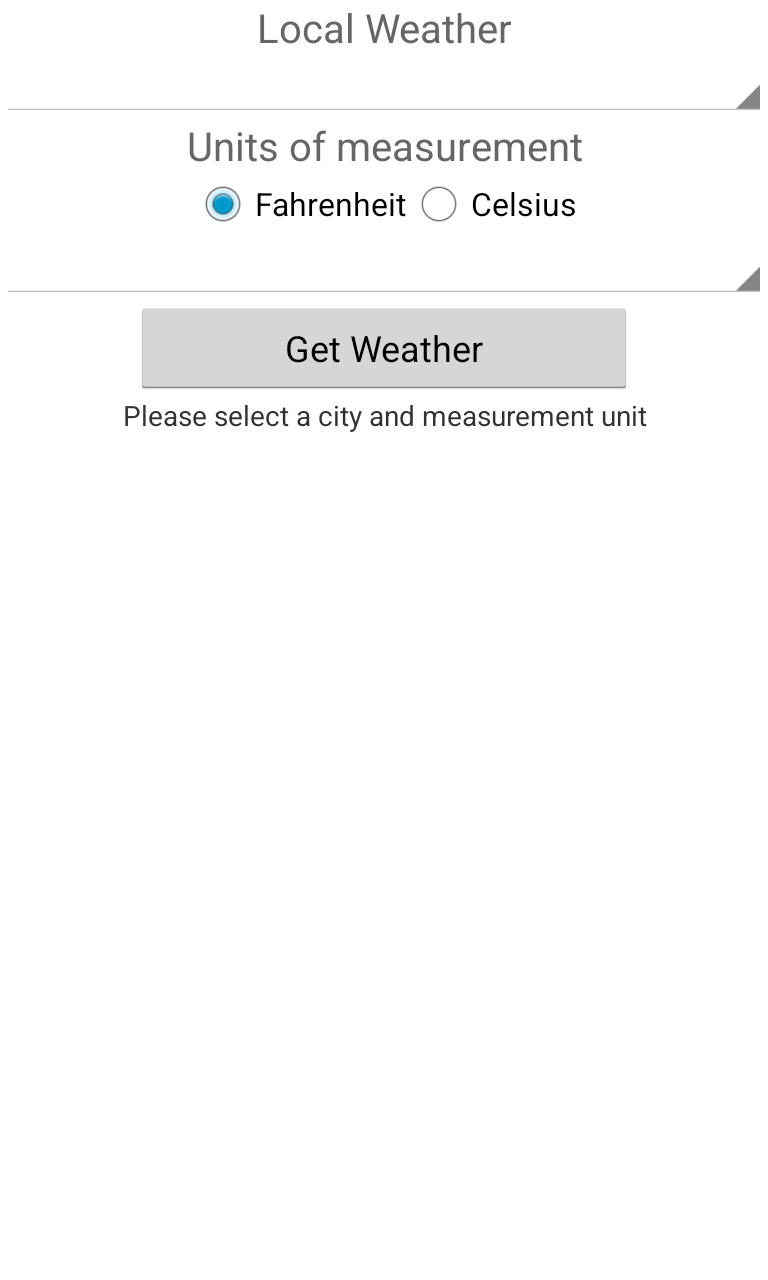
Repository: efreestone/Java1
Layout: Java1Project4/res/layout/activity_main.xml
An editor plug-in stored every save of this project. The layout is shown before and after the next save, followed by the edit.
It is drawn on a 768 x 1280 px phone screen (xhdpi) without system bars, with theme AppTheme; the app's code is not run.

Above is the layout before, as saved 2014-03-26 00:51:19.

After the next save:
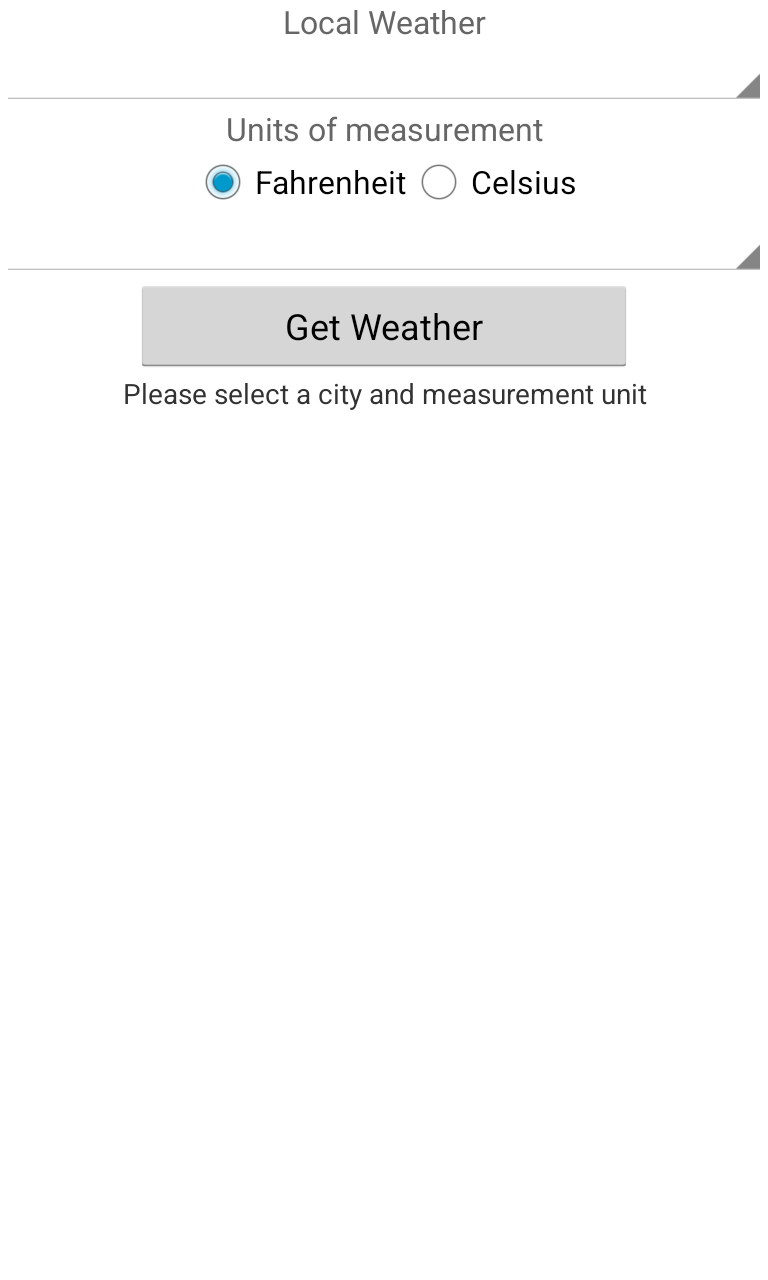
Saved 32 s later.
--- a/Java1Project4/res/values-v14/styles.xml
+++ b/Java1Project4/res/values-v14/styles.xml
@@ -11,7 +11,7 @@
         <style name="labelStyle">
             <item name="android:textStyle">normal</item>
             <item name="android:textColor">#666666</item>
-            <item name="android:textSize">20sp</item>
+            <item name="android:textSize">16sp</item>
         </style>
 
 
